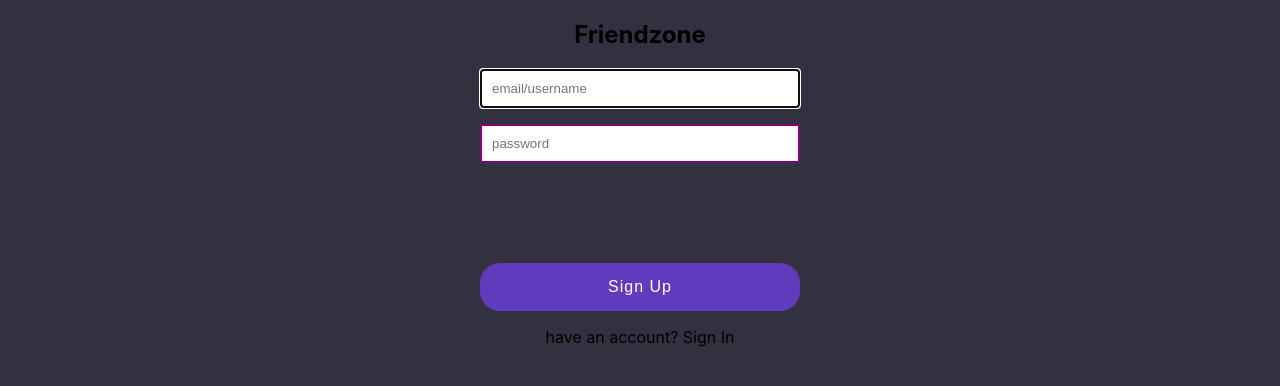
Repository: DerickT02/friend-zone
Page: /
These files come from the project's save history. The page is drawn as it stood at one moment and after the next save; the edit follows.
The browser window is 1280 px wide. The pictures show the whole page.
The project was rebuilt for these pictures with package versions that can differ from the ones it lists, and the page was loaded fresh each time. Also part of the build but not shown: src/Appreducer.js, src/GlobalState.js, src/Post.js, src/Homepage.js, src/fire.js.

Above is the page before, as saved 2021-07-07 07:46:33.

After the next save:
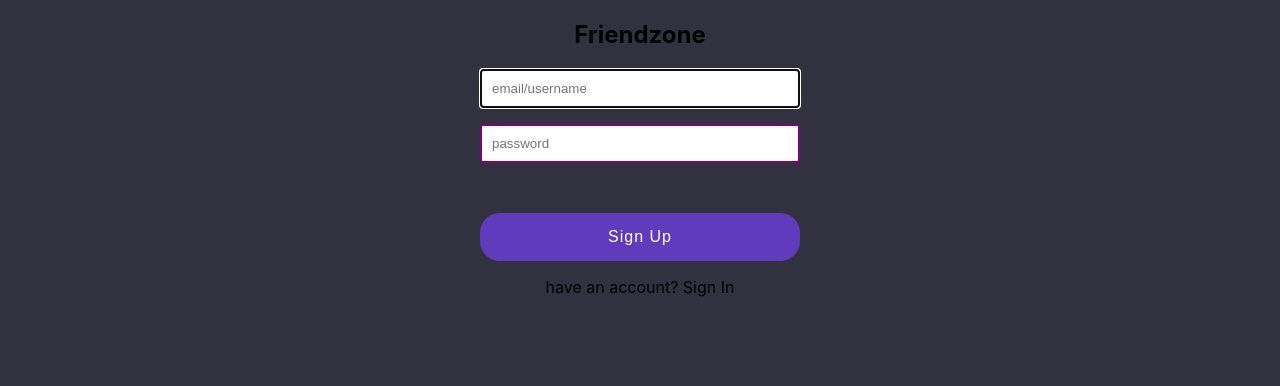
Saved 15 s later.
--- a/src/Login.css
+++ b/src/Login.css
@@ -10,7 +10,7 @@
 
 
 .btnContainer {
-  margin-top: 100px;
+  margin-top: 50px;
 }
 
 
